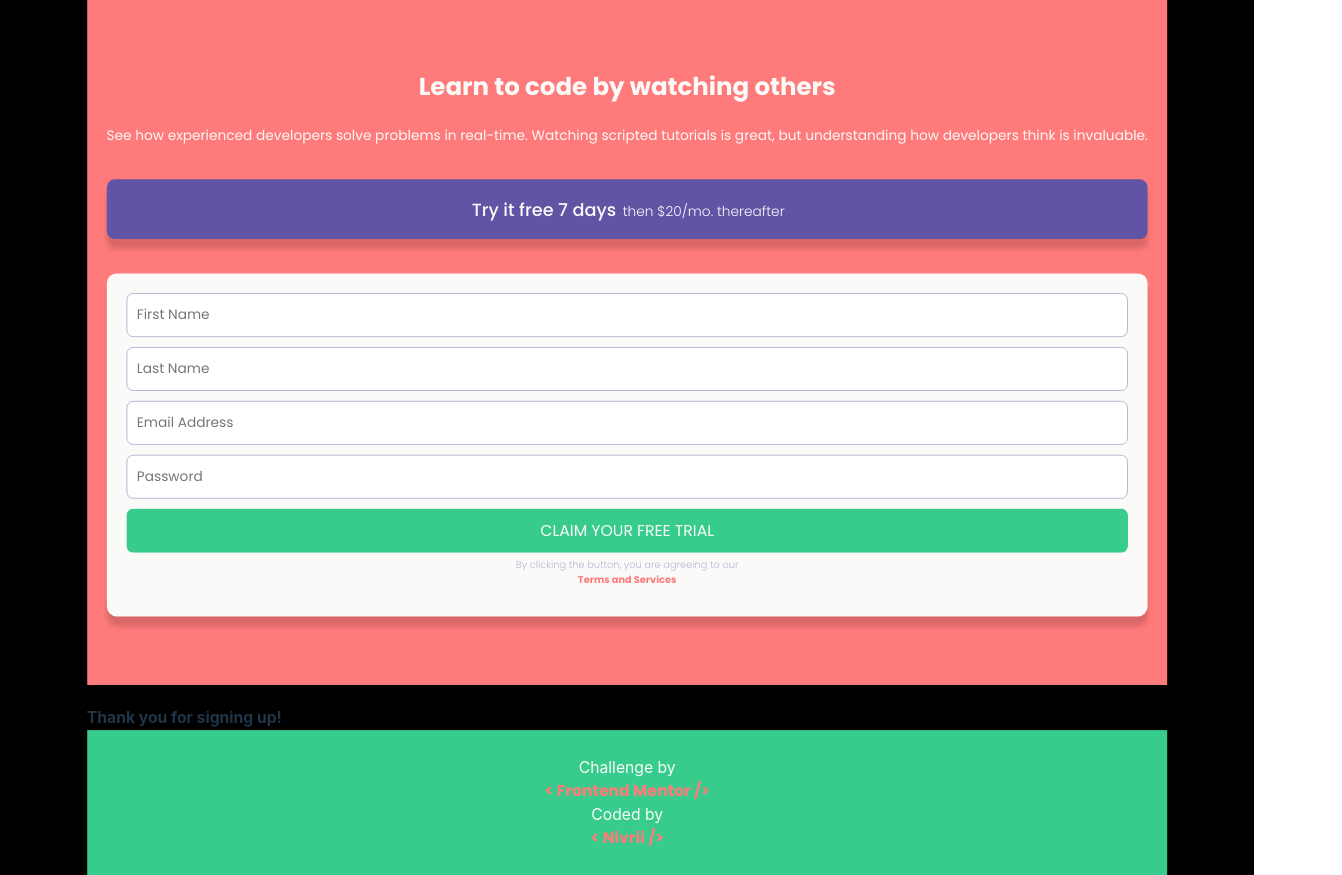
Repository: nivrii/intro-component-with-signup
Page: /
These files come from the project's save history. The page is drawn as it stood at one moment and after the next save; the edit follows.
The browser window is 1280 px wide. The page is 1280 px wide, then 1369 px, then 1280 px, so the pictures cover 1369 px, including what lies to the right of the window. The pictures show the whole page, at 98% of full size.
The project was rebuilt for these pictures with package versions that can differ from the ones it lists, and the page was loaded fresh each time. Also part of the build but not shown: vite.config.js.

Above is the page before, as saved 2023-10-14 13:51:22.

After the next save:
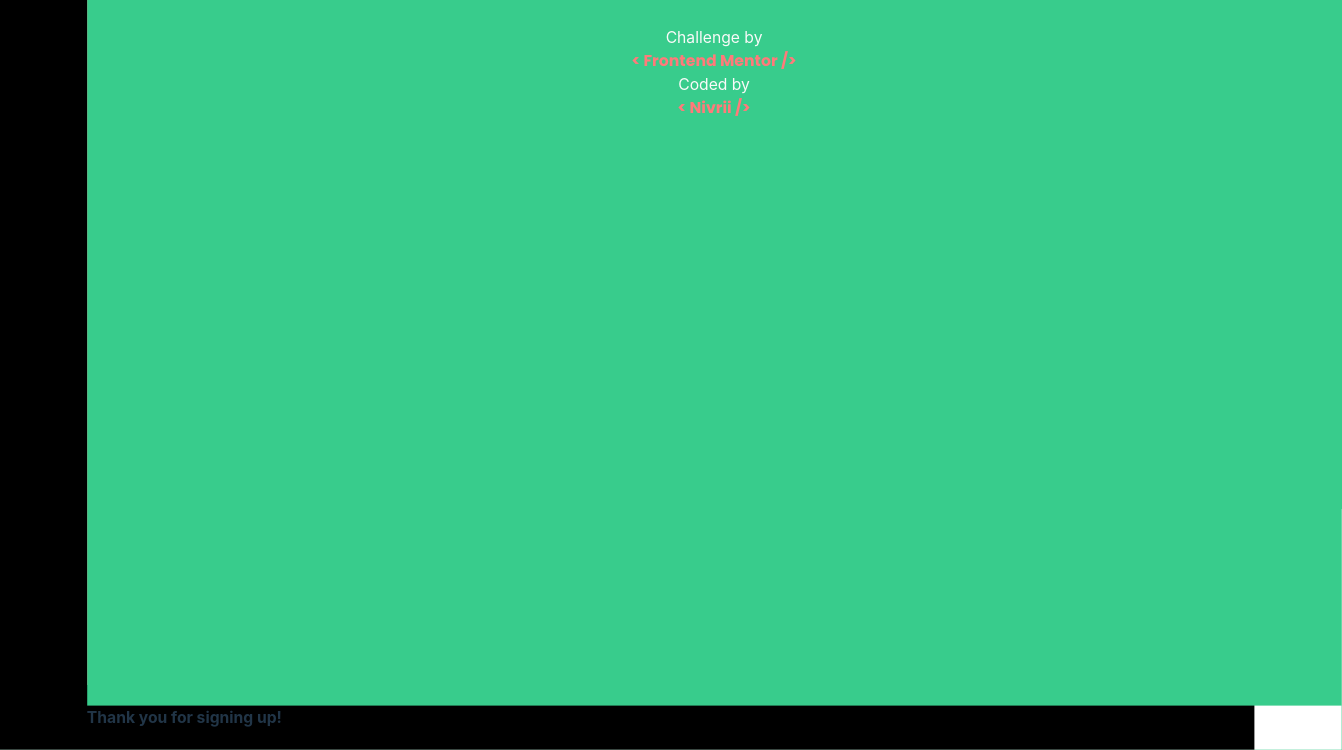
Saved 109 s later.
--- a/src/Footer/Footer.css
+++ b/src/Footer/Footer.css
@@ -1,6 +1,8 @@
 @import url(../App.css);
 
 footer{
+    position: absolute;
+    bottom: 0;
     width: 100%;
     height: 100%;
     background-color: var(--green) !important;

After the save that followed:
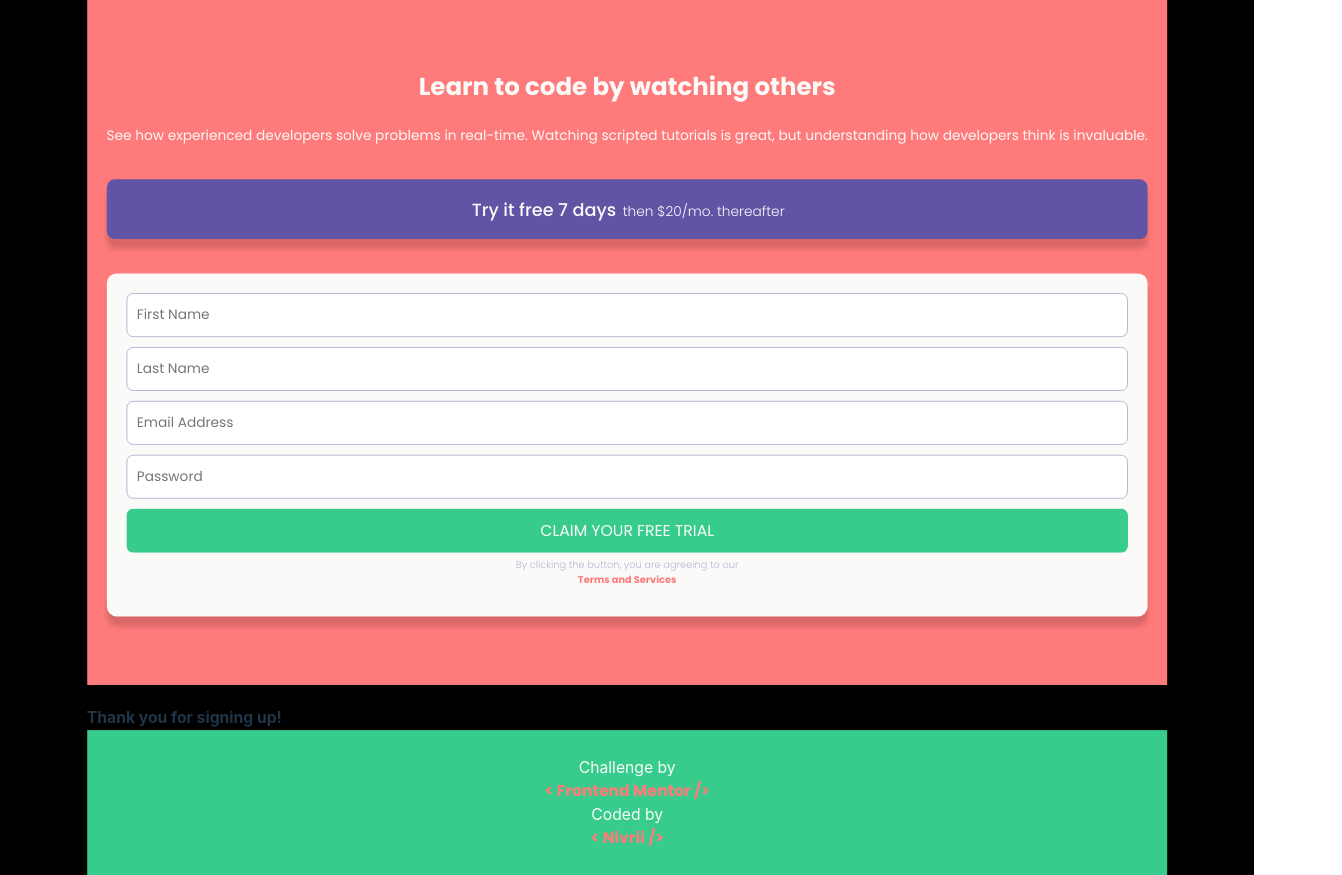
Saved 109 s later.
--- a/src/Footer/Footer.css
+++ b/src/Footer/Footer.css
@@ -1,8 +1,6 @@
 @import url(../App.css);
 
 footer{
-    position: absolute;
-    bottom: 0;
     width: 100%;
     height: 100%;
     background-color: var(--green) !important;
